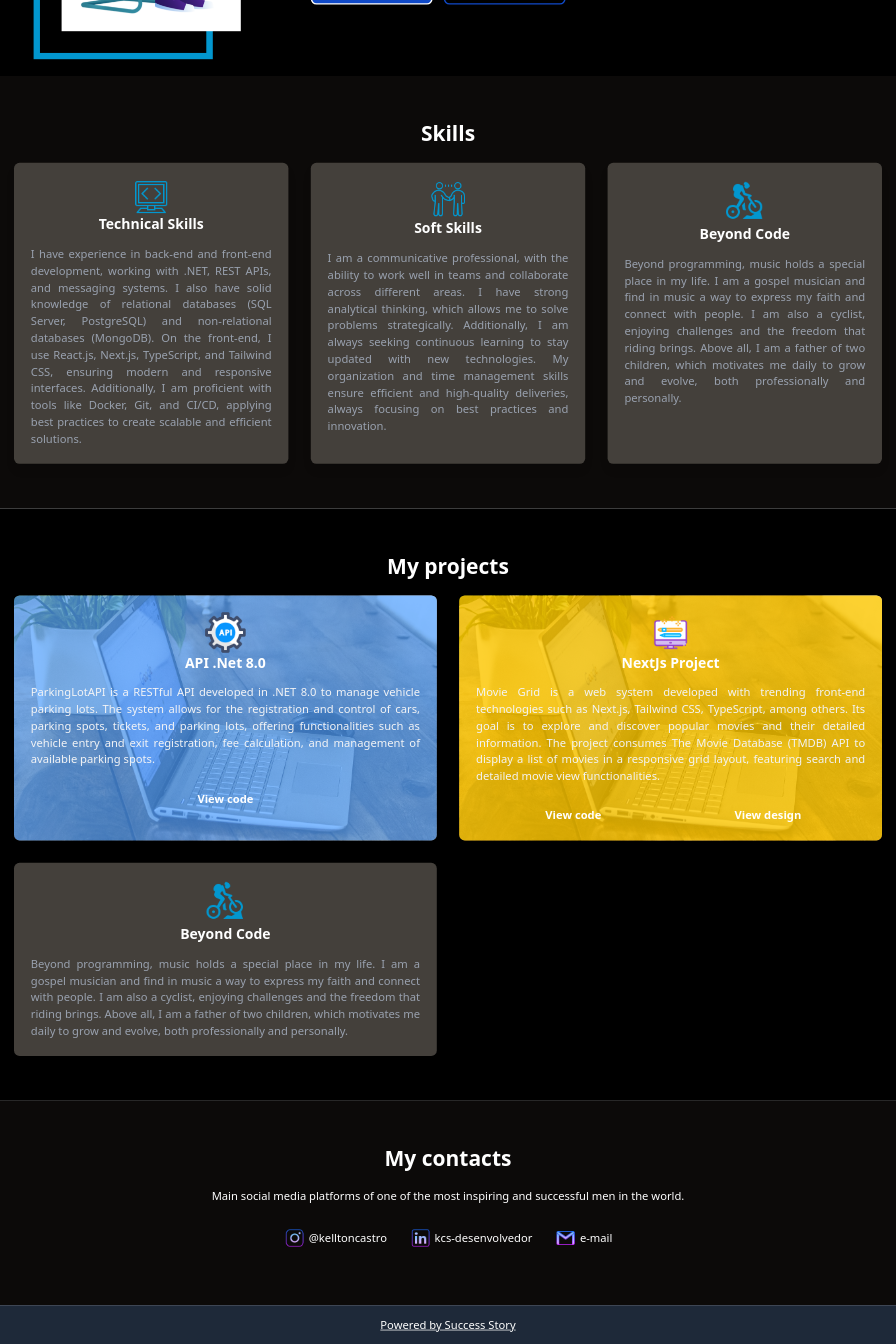
Repository: kcsdesenvolvedor/portfolio
Page: src/index.html
An editor plug-in stored every save of this project. The page is shown before and after the next save, followed by the edit.
The browser window is 1280 px wide. The pictures show the part of the page from y = 862 to 2782 px (the page is 2782 px tall), at 70% of full size.

Above is the page before, as saved 2025-03-23 16:19:35.
Console error: TypeError: Cannot read properties of null (reading 'textContent')

After the next save:
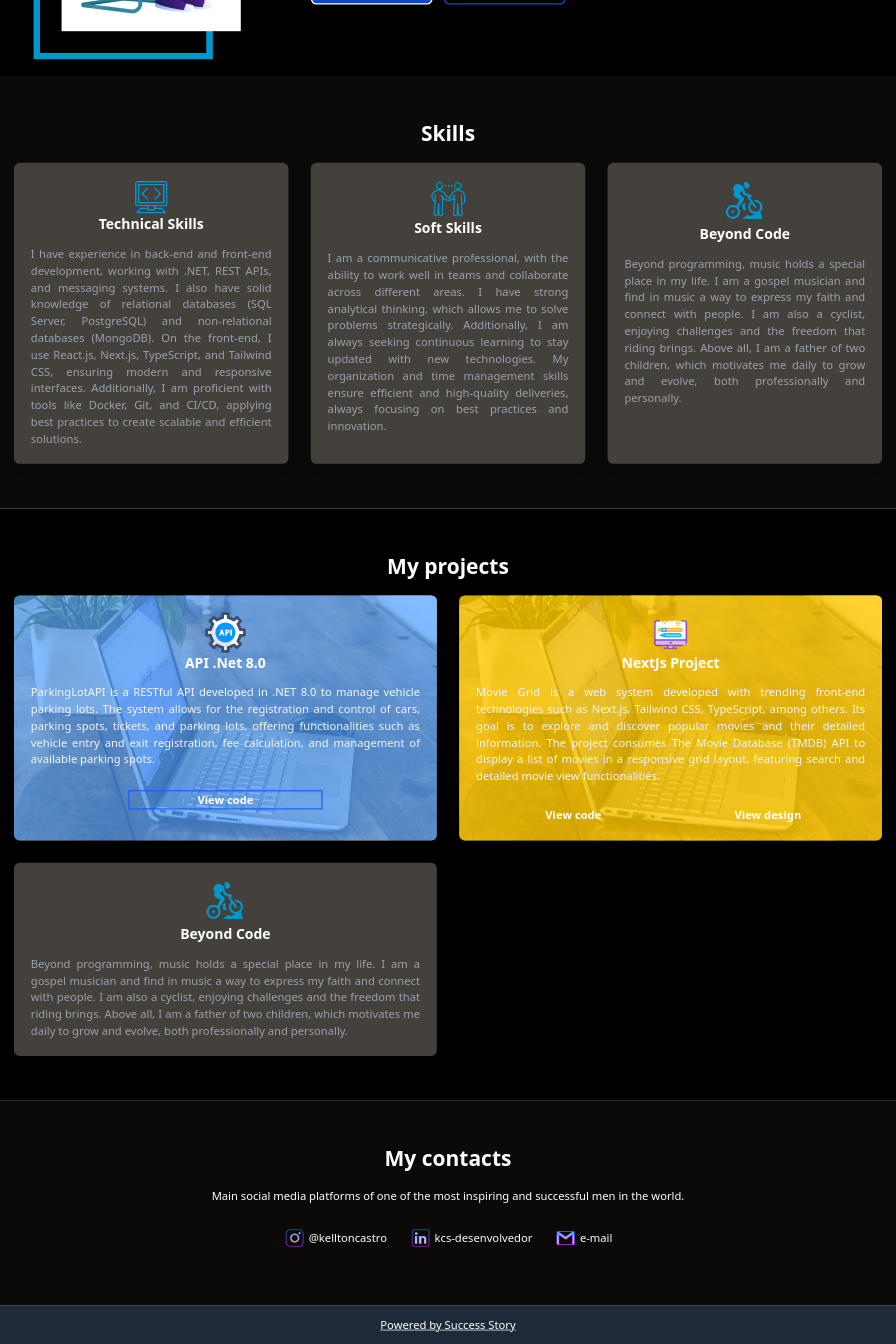
Saved 74 s later.
--- a/src/index.html
+++ b/src/index.html
@@ -210,7 +210,7 @@
                         <h4 class="text-xl text-white font-bold mb-4">API .Net 8.0</h4>
                         <p class="text-gray-100 text-justify">ParkingLotAPI is a RESTful API developed in .NET 8.0 to manage vehicle parking lots. The system allows for the registration and control of cars, parking spots, tickets, and parking lots, offering functionalities such as vehicle entry and exit registration, fee calculation, and management of available parking spots.</p>
                         <div class="flex justify-center mt-8 w-full">
-                            <a href="https://github.com/kcsdesenvolvedor/ParkingLotAPI" class=" border-blue-600/80 dark:border-sky-400/80 text-white font-semibold w-full lg:w-2/4 px-6 hover:text-blue-600/80 hover:dark:text-sky-400/80 transition delay-150 duration-300 ease-in-out" target="_blank">
+                            <a href="https://github.com/kcsdesenvolvedor/ParkingLotAPI" class="border-2 border-blue-600/80 dark:border-sky-400/80 text-white font-semibold w-full lg:w-2/4 px-6 hover:text-blue-600/80 hover:dark:text-sky-400/80 transition delay-150 duration-300 ease-in-out" target="_blank">
                                 View code
                             </a>
                         </div>
